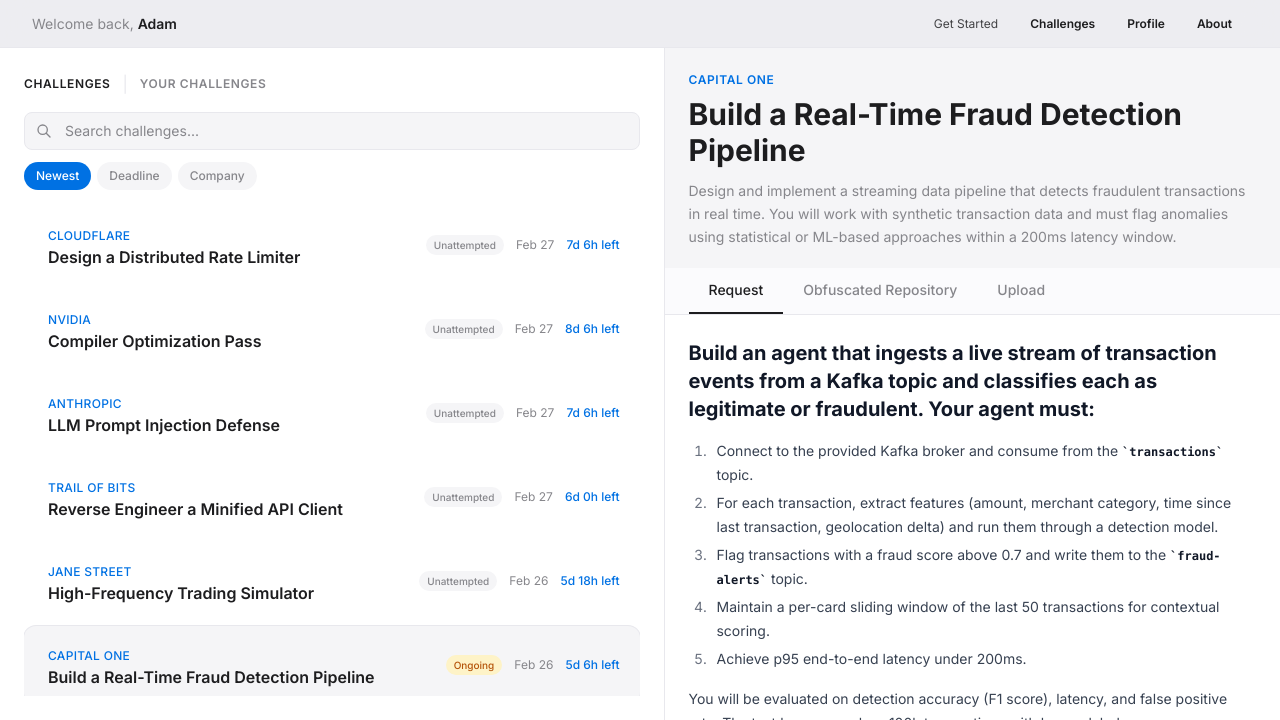
Repository: Ypout07/raikes-hacks
Page: / (app in web/)
The author's editor kept a copy of each file at every save. The page is drawn from the files as they stood at one save, then again after the next save.
The browser window is 1280 px wide. The pictures show the whole page.
An inner scrolling area shows only its first screen. The project was rebuilt for these pictures with package versions that can differ from the ones it lists, and the page was loaded fresh each time. The framework's server and built-in components were replaced by stand-ins that run in the browser. Also part of the build but not shown: web/next.config.ts.

Above is the page before, as saved 2026-02-28 21:56:51.

After the next save:
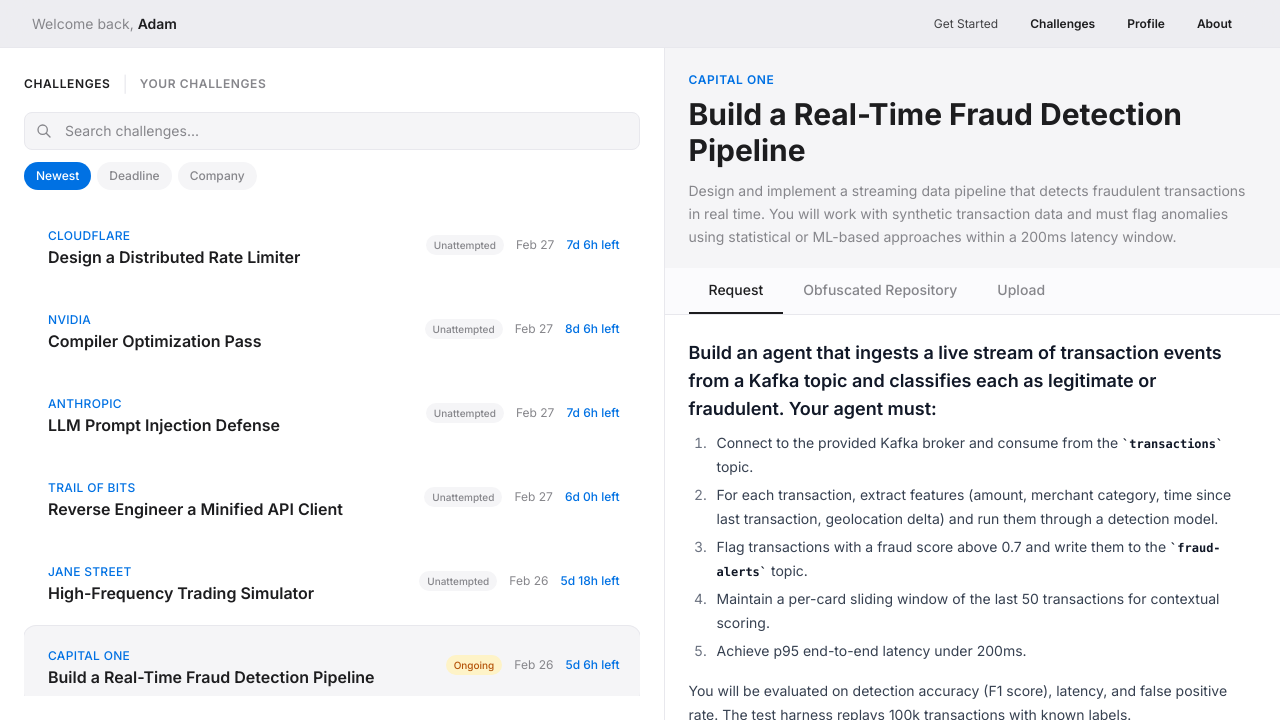
Saved 19 s later.
--- a/web/src/lib/mockChallenges.ts
+++ b/web/src/lib/mockChallenges.ts
@@ -8,7 +8,7 @@
         description:
             "Design and implement a streaming data pipeline that detects fraudulent transactions in real time. You will work with synthetic transaction data and must flag anomalies using statistical or ML-based approaches within a 200ms latency window.",
         request:
-            "## Build an agent that ingests a live stream of transaction events from a Kafka topic and classifies each as legitimate or fraudulent. Your agent must:\n\n1. Connect to the provided Kafka broker and consume from the `transactions` topic.\n2. For each transaction, extract features (amount, merchant category, time since last transaction, geolocation delta) and run them through a detection model.\n3. Flag transactions with a fraud score above 0.7 and write them to the `fraud-alerts` topic.\n4. Maintain a per-card sliding window of the last 50 transactions for contextual scoring.\n5. Achieve p95 end-to-end latency under 200ms.\n\nYou will be evaluated on detection accuracy (F1 score), latency, and false positive rate. The test harness replays 100k transactions with known labels.",
+            "### Build an agent that ingests a live stream of transaction events from a Kafka topic and classifies each as legitimate or fraudulent. Your agent must:\n\n1. Connect to the provided Kafka broker and consume from the `transactions` topic.\n2. For each transaction, extract features (amount, merchant category, time since last transaction, geolocation delta) and run them through a detection model.\n3. Flag transactions with a fraud score above 0.7 and write them to the `fraud-alerts` topic.\n4. Maintain a per-card sliding window of the last 50 transactions for contextual scoring.\n5. Achieve p95 end-to-end latency under 200ms.\n\nYou will be evaluated on detection accuracy (F1 score), latency, and false positive rate. The test harness replays 100k transactions with known labels.",
         postedAt: "2026-02-26T10:00:00Z",
         deadline: "2026-03-05T23:59:00Z",
         status: "ongoing",
